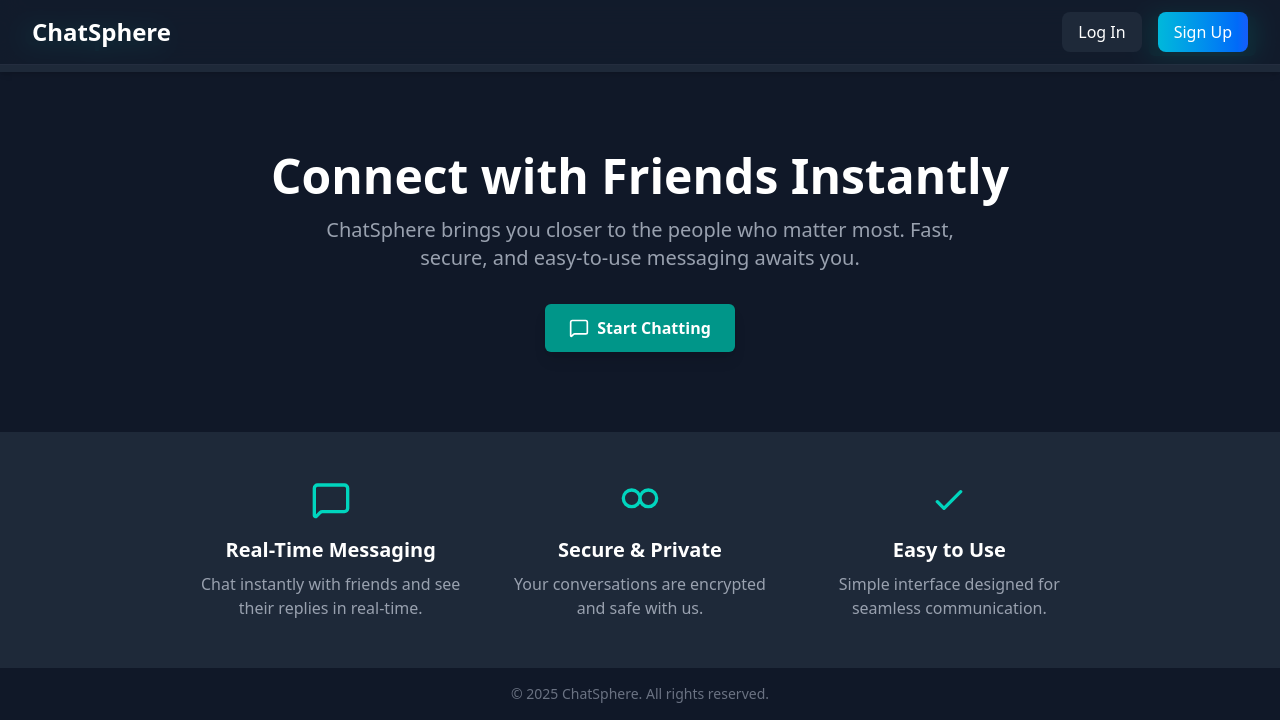
Repository: DiwanMalla/chatSphere
Page: / (app in frontend/)
The author's editor kept a copy of each file at every save. The page is drawn from the files as they stood at one save, then again after the next save.
The browser window is 1280 px wide. The pictures show the whole page.
The page's requests for data from a server got no answer. The project was rebuilt for these pictures with package versions that can differ from the ones it lists, and the page was loaded fresh each time. No one was signed in, and anything a server would have sent is missing. Also part of the build but not shown: frontend/vite.config.ts, frontend/src/store/useChatStore.ts, frontend/src/pages/HomePage.tsx, frontend/src/pages/SignUpPage.tsx, frontend/src/pages/LoginPage.tsx, frontend/src/pages/ProfilePage.tsx, frontend/src/pages/Settings.tsx.

Above is the page before, as saved 2025-03-22 16:49:12.

After the next save:
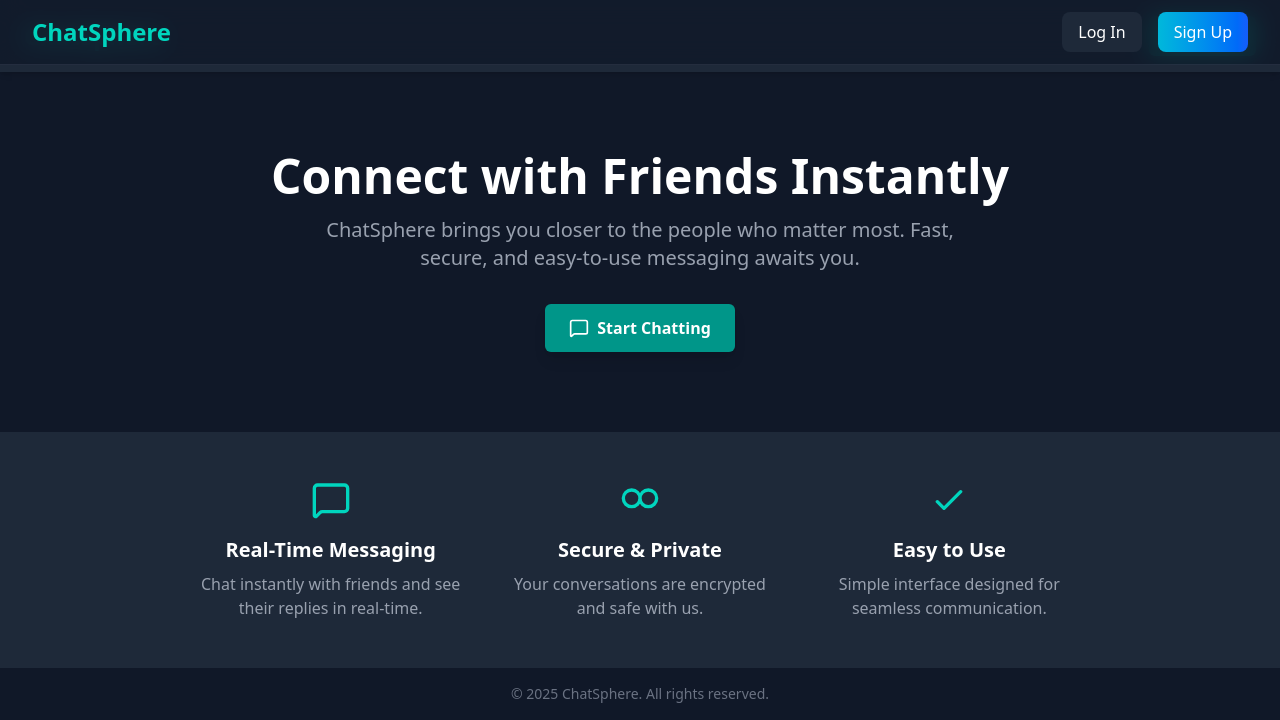
Saved 4 s later.
--- a/frontend/src/components/Navbar.tsx
+++ b/frontend/src/components/Navbar.tsx
@@ -17,7 +17,7 @@ const Navbar = () => {
           {/* Logo */}
           <div className="flex-shrink-0">
             <NavLink to="/" className="text-2xl font-bold text-white">
-              ChatSphere
+              <h1 className="text-2xl font-bold text-teal-400">ChatSphere</h1>
             </NavLink>
           </div>
 
